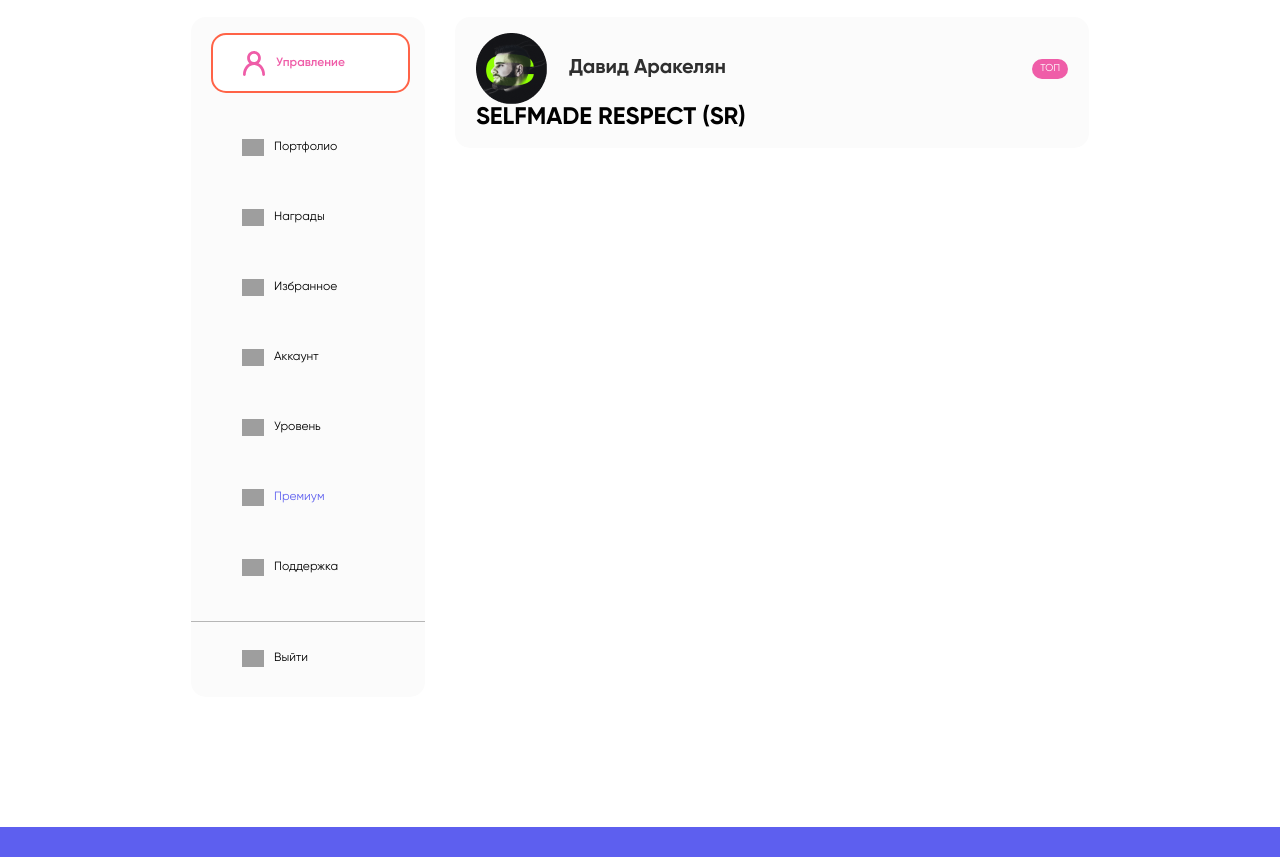
Repository: alexboagreek/selfmade
Page: index.html
An editor plug-in stored every save of this project. The page is shown before and after a run of saves, followed by the edit.
The browser window is 1280 px wide. The pictures show the part of the page from y = 353 to 1210 px (the page is 1719 px tall).
Pictures or frames that could not be fetched are drawn as grey boxes. A picture or video elsewhere on the page could not be fetched, so the positions and the page height are approximate.

Above is the page before, as saved 2022-12-13 12:43:21.

### index.html
<!DOCTYPE html>
<html lang="ru">
<head>
    <meta charset="UTF-8">
    <meta http-equiv="X-UA-Compatible" content="IE=edge">
    <meta name="viewport" content="width=device-width, initial-scale=1.0">
    <link rel="stylesheet" href="css/style.css">
    <link rel="icon" type="image/png" sizes="64x64" href="assets/icons/favicon.png">
    <link rel="icon" type="image/png" sizes="48x48" href="assets/icons/favicon_48.png">
    <title>Selfmade</title>
</head>
<body>
    <header class="header">
        <div class="header__container">
            <h1 class="visually-hidden">Selfmade...</h1>
            <div class="header__box">
                <div class="header__logo">
                    <a href="/"><img src="./assets/icons/header_logo.svg" alt="Логотип Selfmade"></a>
                </div>
                <div class="header__login">
                    <div class="header__alarm">
                        <img class="header__alarm_icon" src="assets/icons/bell.svg" alt="authorization bell">
                    </div>
                    <p class="user__name">Аракелян Д.</p>
                    <div class="user__login">
                        <img src="assets/icons/user_icon.svg" alt="user icon">
                    </div>
                </div>

            </div>

        </div>
    </header>

    <main class="main main__container">
        <div class="sidebar">
            <ul class="menu__list">
                <li class="menu__list_item menu__list_item_fix">
                    <button class="menu__list_button menu__button_control control__text">Управление</button>
                </li>
                <li class="menu__list_item list_item_fix">
                    <button class="menu__list_button menu__button_portfolio">Портфолио</button>
                </li>
                <li class="menu__list_item list_item_fix">
                    <button class="menu__list_button menu__button_star">Награды</button>
                </li>
                <li class="menu__list_item list_item_fix">
                    <button class="menu__list_button menu__button_like">Избранное</button>
                </li>
                <li class="menu__list_item list_item_fix">
                    <button class="menu__list_button menu__button_settings">Аккаунт</button>
                </li>
                <li class="menu__list_item list_item_fix">
                    <button class="menu__list_button menu__button_level">Уровень</button>
                </li>
                <li class="menu__list_item list_item_fix">
                    <button class="menu__list_button menu__button_premium menu__button_active">Премиум</button>
                </li>
                <li class="menu__list_item item__border list_item_fix">
                    <button class="menu__list_button menu__button_helper">Поддержка</button>
                </li>
                <li class="menu__list_item list_item_fix menu__line">
                    <button class="menu__list_button menu__button_exit">Выйти</button>
                </li>
            </ul>
        </div>
        <div class="content">
            <section class="interface">
                <div class="interface__box">
                    <div class="interface__box_header interface__line">
                        <div class="user__info">
                            <img src="assets/img/interface.png" alt="Логотип интерфейса юзера | user interface logo" class="interface__img">
                            <p class="interface__text">Давид Аракелян</p>
                        </div>
                        <div class="interface__rating">Топ</div>
                    </div>
                    <div class="selfmade__respect">
                        <h2 class="selfmade__respect_title">SELFMADE RESPECT (SR)</h2>

                    </div>
                </div>
            </section>
        </div>
    </main>

  <footer class="footer">
    <div class="footer__container">
        <div class="footer__box">
            <img src="./assets/icons/footer_logo.svg" alt="Логотип Selfmade">
            <div class="footer__social">
                <ul class="footer__social_list">
                    <li class="footer__social_list_item">
                        <svg width="15" height="14" viewbox="0 0 15 14" fill="none" xmlns="http://www.w3.org/2000/svg">
                            <path d="M0.911243 6.87875L4.18677 8.10128L5.45459 12.1786C5.53572 12.4397 5.85504 12.5363 6.067 12.363L7.89283 10.8745C8.08421 10.7186 8.35682 10.7108 8.55683 10.856L11.85 13.2469C12.0767 13.4117 12.3979 13.2875 12.4548 13.0135L14.8672 1.40935C14.9293 1.11007 14.6352 0.860402 14.3502 0.970619L0.907405 6.15646C0.575664 6.2844 0.578554 6.75408 0.911243 6.87875ZM5.25027 7.4505L11.6519 3.50775C11.7669 3.43709 11.8853 3.59266 11.7865 3.6843L6.50332 8.59526C6.31761 8.76813 6.19783 8.99946 6.1639 9.25055L5.98393 10.5842C5.9601 10.7623 5.70995 10.78 5.66081 10.6077L4.96866 8.17563C4.88939 7.89823 5.00491 7.60194 5.25027 7.4505Z" fill="#5D5FEF"/>
                        </svg>
                    </li>
                    <li class="footer__social_list_item">
                        <svg width="15" height="15" viewbox="0 0 15 15" fill="none" xmlns="http://www.w3.org/2000/svg">
                            <path fill-rule="evenodd" clip-rule="evenodd" d="M4.90509 0.6828C2.54568 0.6828 0.632996 2.59548 0.632996 4.9549V10.295C0.632996 12.6544 2.54568 14.5671 4.90509 14.5671H10.2452C12.6046 14.5671 14.5173 12.6544 14.5173 10.295V4.9549C14.5173 2.59548 12.6046 0.6828 10.2452 0.6828H4.90509ZM7.57515 3.88687C5.51067 3.88687 3.83707 5.56047 3.83707 7.62496C3.83707 9.68944 5.51067 11.363 7.57515 11.363C9.63964 11.363 11.3132 9.68944 11.3132 7.62496C11.3132 5.56047 9.63964 3.88687 7.57515 3.88687ZM11.5421 4.64975C12.0898 4.64975 12.5338 4.20573 12.5338 3.65801C12.5338 3.11029 12.0898 2.66627 11.5421 2.66627C10.9944 2.66627 10.5504 3.11029 10.5504 3.65801C10.5504 4.20573 10.9944 4.64975 11.5421 4.64975Z" fill="#5D5FEF"/>
                        </svg>
                    </li>
                    <li class="footer__social_list_item">
                        <svg width="16" height="9" viewbox="0 0 16 9" fill="none" xmlns="http://www.w3.org/2000/svg">
                            <path d="M12.9479 4.91454C12.7006 4.61918 12.7714 4.48778 12.9479 4.22376C12.9511 4.22075 14.9925 1.55289 15.2028 0.648132L15.2041 0.647529C15.3086 0.317814 15.2041 0.0755005 14.6987 0.0755005H13.0263C12.6006 0.0755005 12.4043 0.283456 12.2991 0.516125C12.2991 0.516125 11.4477 2.44378 10.2431 3.69332C9.85434 4.05438 9.67462 4.17012 9.46239 4.17012C9.35787 4.17012 9.19535 4.05438 9.19535 3.72467V0.647529C9.19535 0.252112 9.07617 0.0755005 8.72373 0.0755005H6.09412C5.82709 0.0755005 5.66839 0.259948 5.66839 0.431737C5.66839 0.80666 6.27066 0.892856 6.33312 1.9477V4.23642C6.33312 4.73792 6.23689 4.83015 6.02338 4.83015C5.45489 4.83015 4.07508 2.89465 3.25739 0.679476C3.09232 0.249701 2.93108 0.0761032 2.50216 0.0761032H0.829178C0.351821 0.0761032 0.255585 0.284059 0.255585 0.516728C0.255585 0.927817 0.824079 2.97181 2.89921 5.67222C4.28221 7.51549 6.22988 8.51428 8.00164 8.51428C9.06661 8.51428 9.19663 8.29246 9.19663 7.91091C9.19663 6.14961 9.10039 5.98325 9.63383 5.98325C9.88111 5.98325 10.3068 6.09898 11.3011 6.98806C12.4374 8.04231 12.6242 8.51428 13.2602 8.51428H14.9326C15.4093 8.51428 15.6508 8.29246 15.5119 7.85485C15.1939 6.93442 13.0448 5.04112 12.9479 4.91454V4.91454Z" fill="#5D5FEF"/>
                        </svg>
                    </li>
                    <li class="footer__social_list_item">
                        <svg width="7" height="14" viewbox="0 0 7 14" fill="none" xmlns="http://www.w3.org/2000/svg">
                            <path d="M5.1126 2.93661H6.8285V0.446777H4.81141V0.455757C2.36736 0.540786 1.86645 1.89031 1.8223 3.30771H1.81727V4.55101H0.153015V6.9893H1.81727V13.5253H4.3254V6.9893H6.37996L6.77685 4.55101H4.32622V3.79984C4.32622 3.32082 4.65072 2.93661 5.1126 2.93661Z" fill="#5D5FEF"/>
                        </svg>
                    </li>
                </ul>
            </div>
        </div>
        <div class="footer__services">
            <ul class="services__list">
                <li class="services__list_item">Как работает сервис?</li>
                <li class="services__list_item">Советы от SELFMADE</li>
                <li class="services__list_item">Пользовательское соглашение</li>
                <li class="services__list_item">Почему SELFMADE</li>
                <li class="services__list_item">Помощь и поддержка</li>
            </ul>
        </div>
    </div>
    <div class="footer__copyright">
        <ul class="footer__copyright_list">
            <li class="footer__copyright_list_item footer__copy_text">© SELFMADE.TEAM 2022</li>
            <li class="footer__copyright_list_item footer__copy_text-info">ИНН 431207720494 / ОГРНИП 320508100324371</li>
            <li class="footer__copyright_list_item">
                <a class="footer__copyright_link" href="#">Политика конфиденциальности</a>
            </li>
        </ul>
    </div>

  </footer>
</body>
</html>

### css/style.css
@import 'normalize.css';
@import 'fonts.css';
@import 'default.css';
@import 'header.css';
@import 'sidebar.css';
@import 'interface.css';
@import 'footer.css';

### css/fonts.css
@font-face {
    font-family: Gilroy;
    src: url(../assets/fonts/Gilroy-Regular.woff2) format('woff2'),
    url(../assets/fonts/Gilroy-Regular.woff) format('woff');
    font-weight: 400;
}

@font-face {
    font-family: Gilroy;
    src: url(../assets/fonts/Gilroy-Semibold.woff2) format('woff2'),
    url(../assets/fonts/Gilroy-Semibold.woff) format('woff');
    font-weight: 500;
}

@font-face {
    font-family: Gilroy;
    src: url(../assets/fonts/Gilroy-Bold.woff2) format('woff2'),
    url(../assets/fonts/Gilroy-Bold.woff) format('woff');
    font-weight: 600;
}

### css/default.css
:root {
    --color-control-text:#EF5DA8;
    --color-menu: #F0F0F0;
    --color-menu-active: #5D5FEF;
    --color-alarm: #EF5DA8;
    --color-main: #FBFBFB;
    --footer-color-main: #5D5FEF;
    --footer-color-copyright: #5556D3;
    --footer-social-color: #FFFFFF;
    --footer-copyright-link: #B6B6B6;
}

html {
  overflow-x: hidden;
  position: relative;
  box-sizing: border-box;
}

*,
*::before,
*::after {
  box-sizing: inherit;
}

body {
  display: flex;
  flex-direction: column;
  min-width: 320px;
  height: 100%;
  font-family: Gilroy, sans-serif;
  background-color: #FFFFFF;
  font-size: 16px;
  overflow-x: hidden;
  position: relative;
}

img,
svg {
  max-width: 100%;
  max-height: 100%;
  height: auto;
}

button {
  padding: 0;
  cursor: pointer;
  border: none;
  background-color: transparent;
}

a {
  text-decoration: none;
  color: inherit;
}

ul {
  list-style: none;
  padding: 0;
  margin: 0;
}

h1,
h2,
h3,
p,
figure,
fieldset {
  margin: 0;
}

iframe {
  border: none;
}

fieldset {
  padding: 0;
  border: 0;
}

.visually-hidden {
  position: fixed;
  transform: scale(0);
}

.container {
    max-width: 1400px;
    padding: 0 100px;
    margin: 0 auto;
}

### css/header.css
.header {
    padding-top: 28px;
    padding-bottom: 37px;
    flex: 0 0 auto;
    background-color: #FFFFFF;
}

.header__box {
    display: flex;
    justify-content: space-between;
    align-items: center;
}

.header__container {
    max-width: 1500px;
    margin: 0 auto;
    padding: 0 100px;
}

.header__alarm {
    position: relative;
    margin-right: 11px;
}

.header__alarm::after {
    position: absolute;
    top: 0;
    content: '';
    width: 5px;
    height: 5px;
    background-color: var(--color-alarm);
    border-radius: 50%;
}
.user__name {
    margin-right: 6px;
}

.header__login {
    display: flex;
    align-items: center;
}

.user__login {
    cursor: pointer;
}

.services__list_item {
    cursor: pointer;
}

### css/sidebar.css
.main {
    display: flex;
}

.main__container {
    max-width: 1200px;
    margin: 0 auto;
}

.sidebar {
    display: flex;
    justify-content: center;
    width: 234px;
    border-radius: 15px;
    background-color: var(--color-main);
    margin-bottom: 130px;
    margin-right: 30px;
}

.menu__list_button {
    font-size: 12px;
    line-height: 16px;
    padding: 7px 8px 7px 40px;
    background-size: 22px;
    background-position: 8px center;
    background-repeat: no-repeat;
    border-radius: 50px;
    border: 1px solid transparent;
    white-space: nowrap;
    outline: none;
    margin-bottom: 38px;
}

.menu__list_item_fix {
    display: flex;
    padding-left: 20px;
    align-items: flex-start;
}

.menu__button_active {
    color: var(--color-menu-active);
}

.menu__button_control {
    width: 199px;
    margin-top: 16px;
    border-radius: 15px;
    border: 2px solid tomato;
    padding: 20px;
    background-color: #FFFFFF;
    background-image: url('../assets/icons/user__icon.svg');
    background-position: calc(30px);
}

.control__text {
    font-weight: 500;
    color: var(--color-control-text);
}

.menu__button_portfolio {
    background-image: url('../assets/icons/portfolio_icon.svg');
}
.menu__button_star {
    background-image: url('../assets/icons/star_icon.svg');
}

.menu__button_like {
    background-image: url('../assets/icons/like_icon.svg');
}
.menu__button_settings {
    background-image: url('../assets/icons/settings_icon.svg');
}
.menu__button_level {
    background-image: url('../assets/icons/level_icon.svg');
}
.menu__button_premium {
    background-image: url('../assets/icons/premium_icon.svg');
}

.menu__button_helper {
    background-image: url('../assets/icons/helper_icon.svg');
}

.menu__line {
    width: 234px;
    border-top: 1px solid var(--footer-copyright-link);
}
.menu__button_exit {
    background-image: url('../assets/icons/exit_icon.svg');
    margin-top: 20px;
    margin-bottom: 23px;
}

.list_item_fix {
    padding-left: 42px;
}

### css/interface.css
.interface__box {
    border-radius: 15px;
    padding: 16px 21px;
    width: 634px;
    background-color: var(--color-main);
}
.interface__box_header {
    display: flex;
    justify-content: space-between;
    align-items: center;
}
.user__info {
    display: flex;
    align-items: center;
}

.interface__text {
    font-weight: 700;
    font-size: 20px;
    margin-left: 22px;
    line-height: 1.06;
    color: #2F2F2F;
}

.interface__rating {
    padding: 4px 8px;
    border-radius: 47px;
    color: #FFFFFF;
    background-color: var( --color-control-text);
    font-size: 10px;
    text-transform: uppercase;
}

### css/footer.css
.footer {
    flex: 0 0 auto;
}

.footer__container {
    padding: 50px 140px 0px 140px;
    background-color: var(--footer-color-main);
}

.footer__box {
    display: flex;
    justify-content: space-between;
    background-color: var(--footer-color-main);
    margin-bottom: 50px;
}

.footer__social_list_item {
    display: flex;
    align-items: center;
    justify-content: center;
    width: 29px;
    height: 29px;
    background-color: var(--footer-social-color);
    border-radius: 50%;
    margin-right: 19px;
    cursor: pointer;
}

.footer__social_list_item:last-child {
    margin-right: 0;
}

.footer__social_list {
    display: flex;
}

.footer__services {
    padding-bottom: 41px;
}

.services__list {
    display: flex;
    justify-content: space-between;
}
.services__list_item {
    font-size: 16px;
    font-weight: 500;
    color: var(--footer-social-color);
}

.footer__copyright {
    padding: 30px 140px;
    border-top: 1px solid #FFFFFF;
    background-color: var(--footer-color-copyright);
}

.footer__copyright_list {
    display: flex;
    justify-content: space-between;
}

.footer__copy_text {
    font-weight: 500;
    line-height: 16px;
    color: var(--footer-social-color);
}

.footer__copy_text-info {
    font-weight: 400;
    color: var(--footer-social-color);
}
.footer__copyright_link {
    color: var(--footer-copyright-link);
}

Loaded but not shown: css/normalize.css (library)

After the next 7 saves:
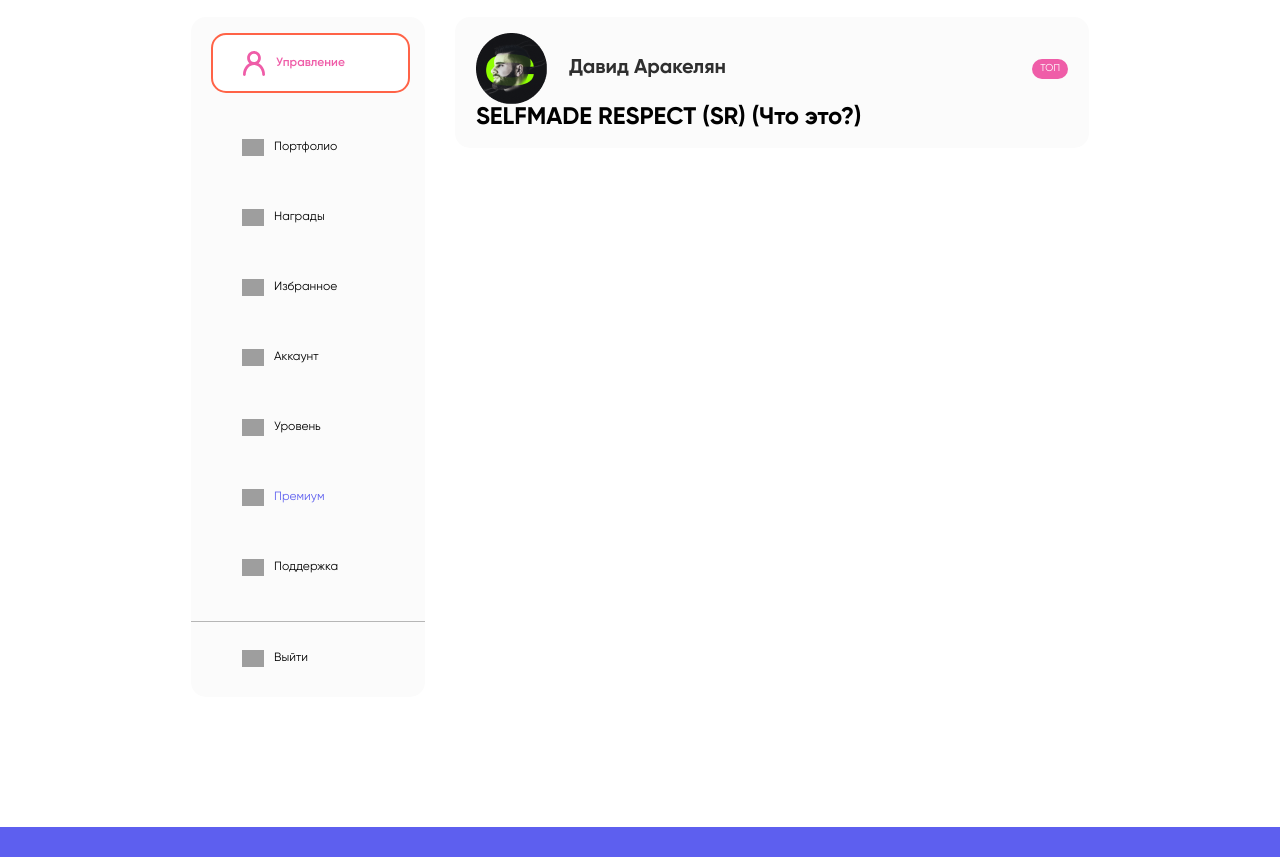
The 7 saves are shown as one change because they came seconds apart.
The last was saved 17 s later.
--- a/index.html
+++ b/index.html
@@ -75,7 +75,7 @@
                         <div class="interface__rating">Топ</div>
                     </div>
                     <div class="selfmade__respect">
-                        <h2 class="selfmade__respect_title">SELFMADE RESPECT (SR)</h2>
+                        <h2 class="selfmade__respect_title">SELFMADE RESPECT (SR) <span class="">(Что это?)</span></h2>
 
                     </div>
                 </div>
